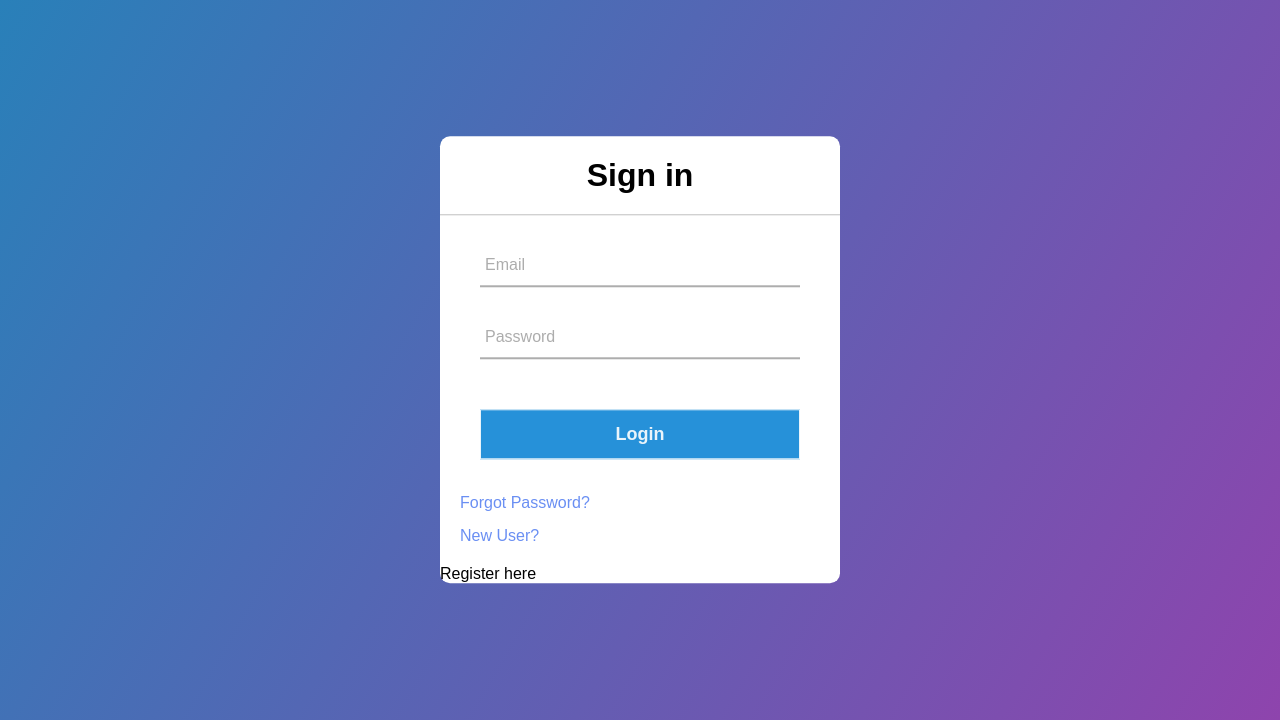
Repository: poornasyamasundar/Software-Project-Manager
Page: SoftwareManager/Templates/login.html
These files come from the project's save history. The page is drawn as it stood at one moment and after the next save; the edit follows.
The browser window is 1280 px wide. The pictures show the whole page.

Above is the page before, as saved 2021-10-19 09:16:25.

### SoftwareManager/Templates/login.html
<!DOCTYPE html>
<html>
	<head>
		<link rel = 'stylesheet' href = 'login.css'>
		<title>
			Login page
		</title>
	</head>
	<body>
		<!-- <div id = 'homeMenu'>
			<div id = 'logo'>Logo and name</div>
			<div id = 'help'>Help</div>
			<div id = 'goback'>Go Back</div>
		</div>
		<div id = 'loginbox'>
			<div id = 'loginlogo'>
				logo
			</div>
			<div id = 'username'>
				username
			</div>
			<div id = 'password'>
				password
			</div>
			<div id = 'login'>
				login
			</div>
			<div id = 'register'>
				register
			</div>
		</div> -->

		<div class="center">



			<h1>Sign in</h1>
			<form class="" action="" method="post">
			  <div class="txt_field">
				<input type="email" name="email" value="" required>
				<span></span>
				<label>Email</label>
			  </div>
			  <div class="txt_field">
				<input type="password" name="password" value="" required>
				<span></span>
				<label>Password</label>
			  </div>

			  <input type="submit" name="submit" value="Login">
			</form>
			<div class="pass">Forgot Password?</div>
		<div class="newuser">New User?</div>
		<div class="reghere">Register here</div>

		  </div>
	</body>
</html>

### SoftwareManager/Templates/login.css
/* body
{
	background-color: lightpink;
}
#homeMenu
{
	width: 100%;
	height: 80px;
	background-color: lightblue;
}
#logo
{
	width: 30vw;
	height: 80px;
	display: inline-block;
	background-color: lightgreen;
}
#goback
{
	width: 80px;
	height: 80px;
	display: inline-block;
	float: right;
	background-color: red;
}
#help
{
	width: 80px;
	height: 80px;
	display: inline-block;
	float: right;
	background-color: lightgreen;
}
#loginbox
{
	height: 350px;
	width: 300px;
	background-color: orange;
	position: absolute;
	top: 0;
	bottom: 0;
	left: 0;
	right: 0;
	border-radius: 10px;
	margin: auto;
}
#loginlogo
{
	height: 70px;
	width: 260px;
	background-color: lightgreen;
	margin: auto;
	margin-top: 20px;
}
#username, #password
{
	height: 40px;
	width: 260px;
	background-color: lightgreen;
	margin: auto;
	margin-top: 20px;
}
#login
{
	height: 30px;
	width: 120px;
	background-color: lightgreen;
	display: inline-block;
	margin-top: 50px;
	margin-left: 20px;
}
#register
{
	position: relative;
	height: 30px;
	width: 120px;
	background-color: lightgreen;
	display: inline-block;
	margin-left: 20px;
} */

body {
	margin: 0;
	padding: 0;
	/* font-family: montserrat; */
	font-family: 'Montserrat', sans-serif;
	background: linear-gradient(120deg, #2980b9, #8e44ad);
	height: 100vh;
	overflow: hidden;
  }

  .center {
	position: absolute;
	top: 50%;
	left: 50%;
	transform: translate(-50%, -50%);
	width: 400px;
	background: white;
	border-radius: 10px;
  }

  .center h1 {
	text-align: center;
	padding: 0 0 20px 0;
	border-bottom: 1px solid silver;
  }

  .center form {
	padding: 0 40px;
	box-sizing: border-box;
  }

  .pass {
	margin: -5px 0px 20px 20px;
	color: #6a8ff3;
	cursor: pointer;
  }

  .pass:hover {
	color: #e42d15;
	text-decoration: underline;
  }

  .newuser {
	margin: -5px 0px 20px 20px;
	color: #6a8ff3;
	cursor: pointer;
	position: relative;
  }

  form .txt_field {
	position: relative;
	border-bottom: 2px solid #adadad;
	margin: 30px 0;
  }

  .txt_field input {
	width: 100%;
	padding: 0 5px;
	height: 40px;
	font-size: 16px;
	border: none;
	background: none;
	outline: none;
  }

  .txt_field label {
	position: absolute;
	top: 50%;
	left: 5px;
	color: #adadad;
	transform: translateY(-50%);
	font-size: 16px;
	pointer-events: none;
  }

  .txt_field span::before {
	content: '';
	position: absolute;
	top: 40px;
	left: 0;
	width: 0%;
	height: 2px;
	background: #2691d9;
	transition: .5s;
  }

  .txt_field input:focus~label,
  .txt_field input:valid~label {
	top: -5px;
	color: #2691d9;
  }

  .txt_field input:focus~span::before,
  .txt_field input:valid~span::before {
	width: 100%;
  }





  input[type="submit"] {
	width: 100%;
	height: 50px;
	border: 1px solid;
	background: #2691d9;
	font-size: 18px;
	color: #e9f4fb;
	font-weight: 700;
	cursor: pointer;
	outline: none;
	margin-top: 20px;
	margin-bottom: 40px;
  }

After the next save:
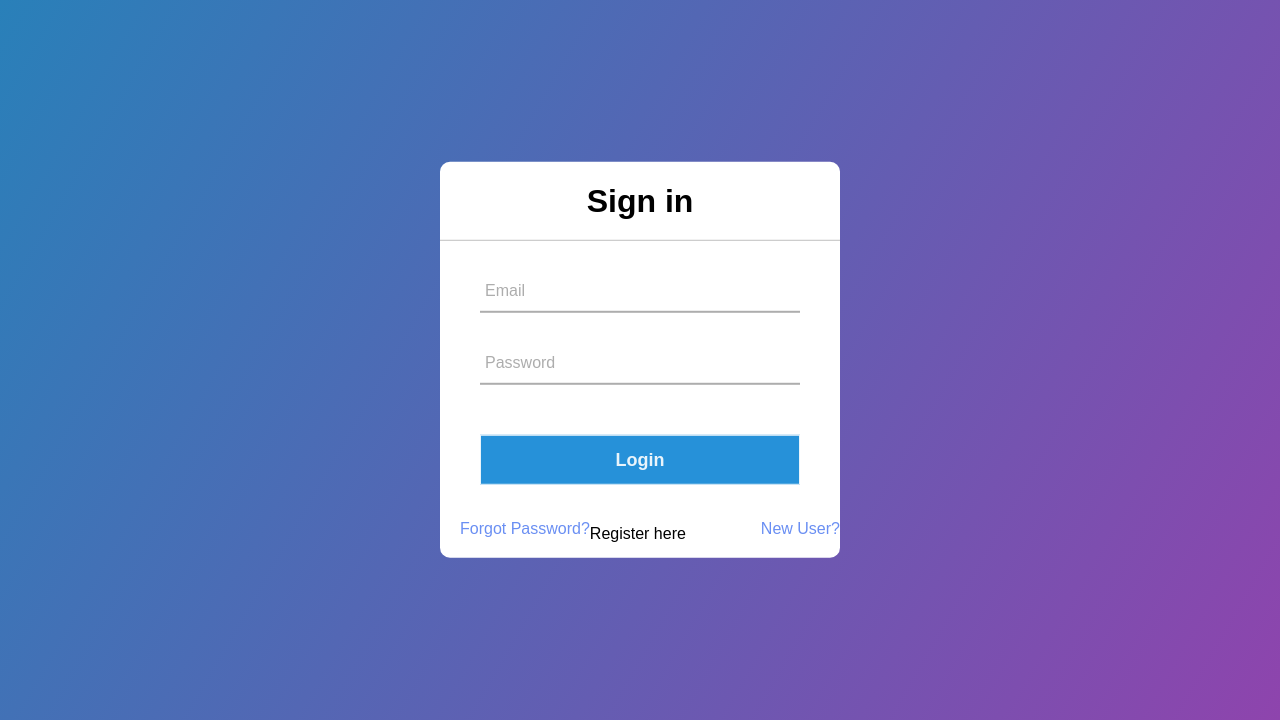
Saved 3 min 1 s later.
--- a/SoftwareManager/Templates/login.css
+++ b/SoftwareManager/Templates/login.css
@@ -114,6 +114,7 @@ body {
 	margin: -5px 0px 20px 20px;
 	color: #6a8ff3;
 	cursor: pointer;
+	float: left;
   }
 
   .pass:hover {
@@ -125,6 +126,7 @@ body {
 	margin: -5px 0px 20px 20px;
 	color: #6a8ff3;
 	cursor: pointer;
+	float: right;
 	position: relative;
   }
 
